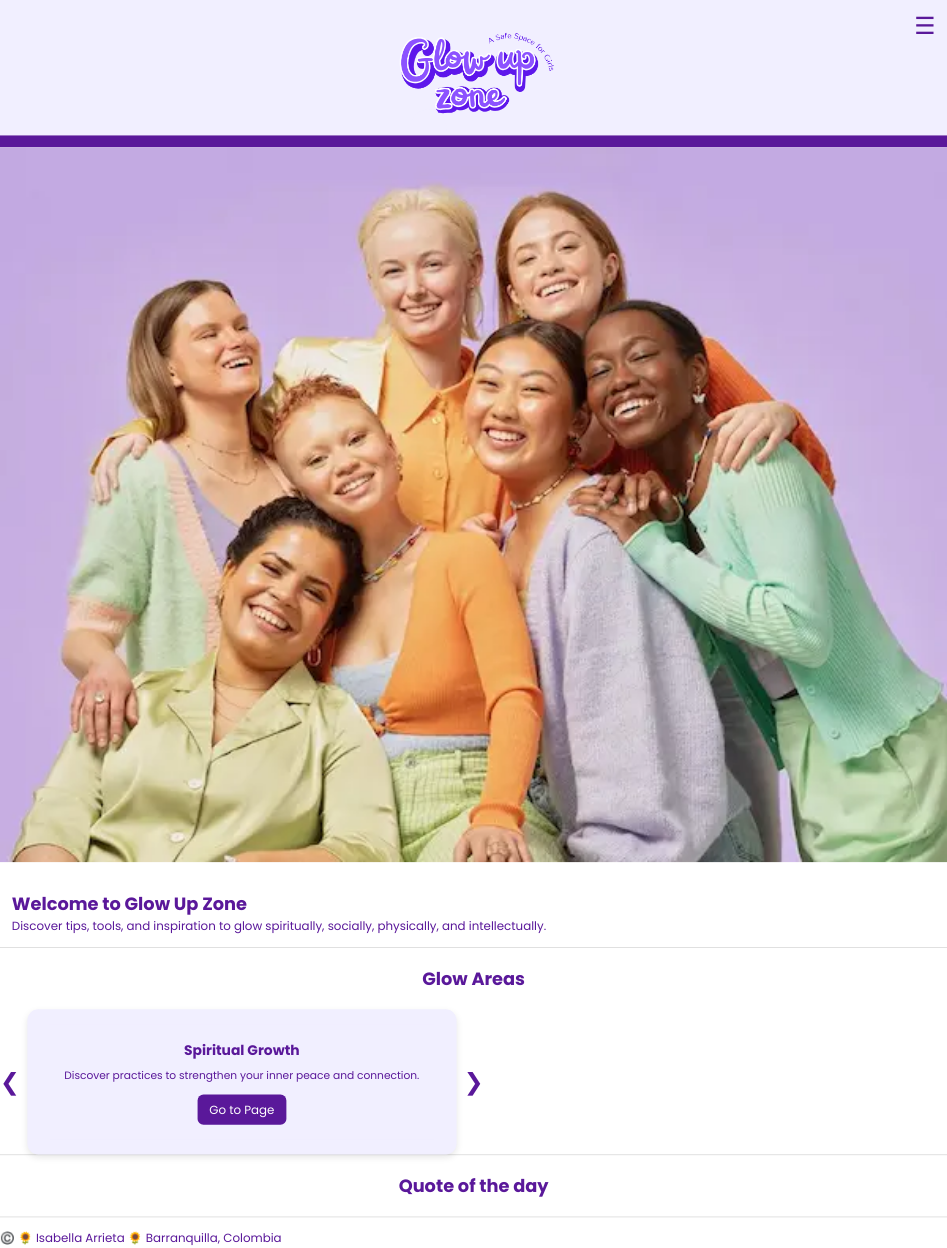
Repository: isaAJ05/wdd131
Page: final-project/final-project.html
An editor plug-in stored every save of this project. The page is shown before and after the next save, followed by the edit.
The browser window is 1280 px wide. The pictures show the whole page, at 74% of full size.

Above is the page before, as saved 2025-08-09 01:21:32.

After the next save:
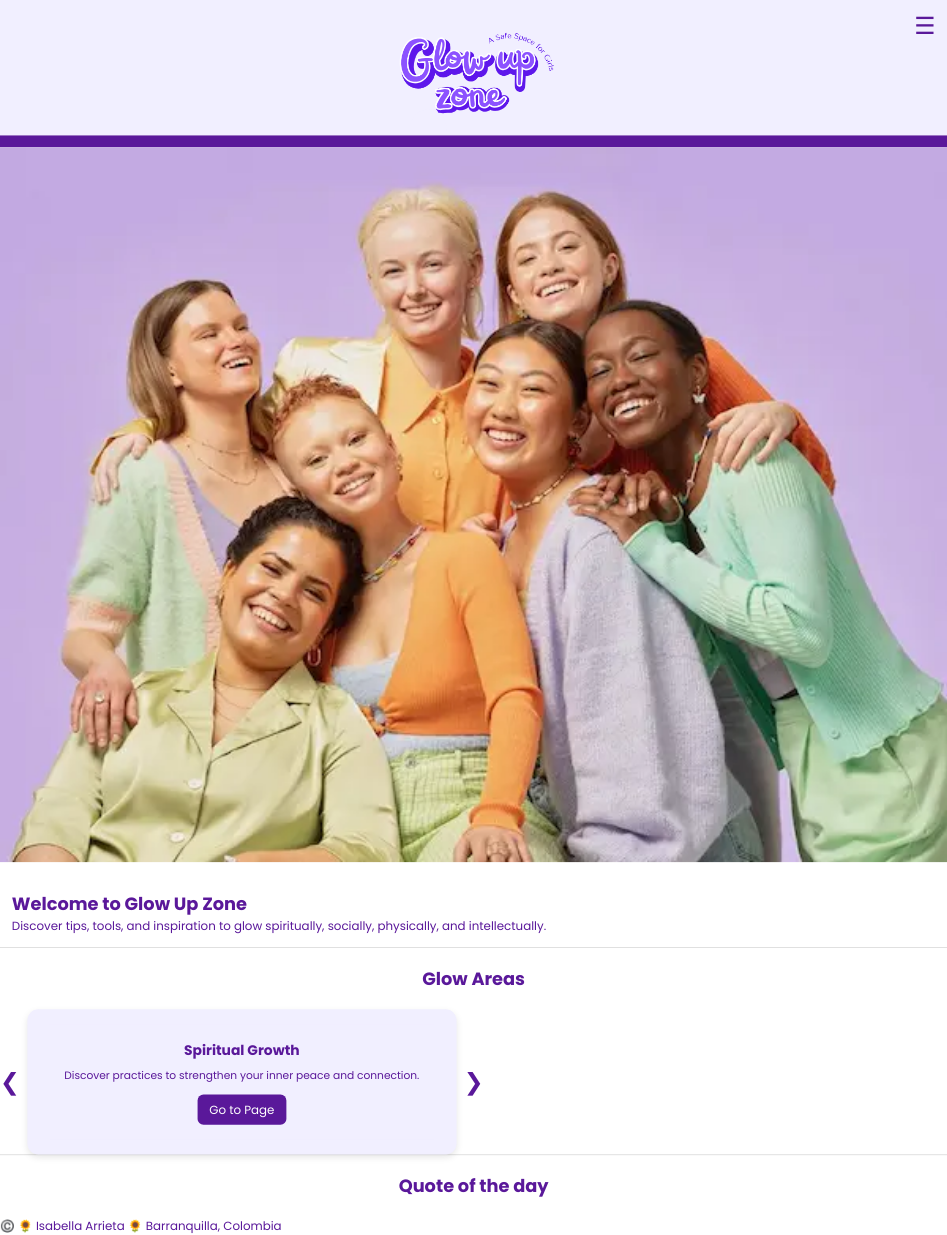
Saved 59 s later.
--- a/final-project/final-project.html
+++ b/final-project/final-project.html
@@ -59,7 +59,7 @@
         </div>
         </section>
         <section>
-            <div class="two">
+            <div class="">
                 <h2>Quote of the day</h2>
 
             </div>
